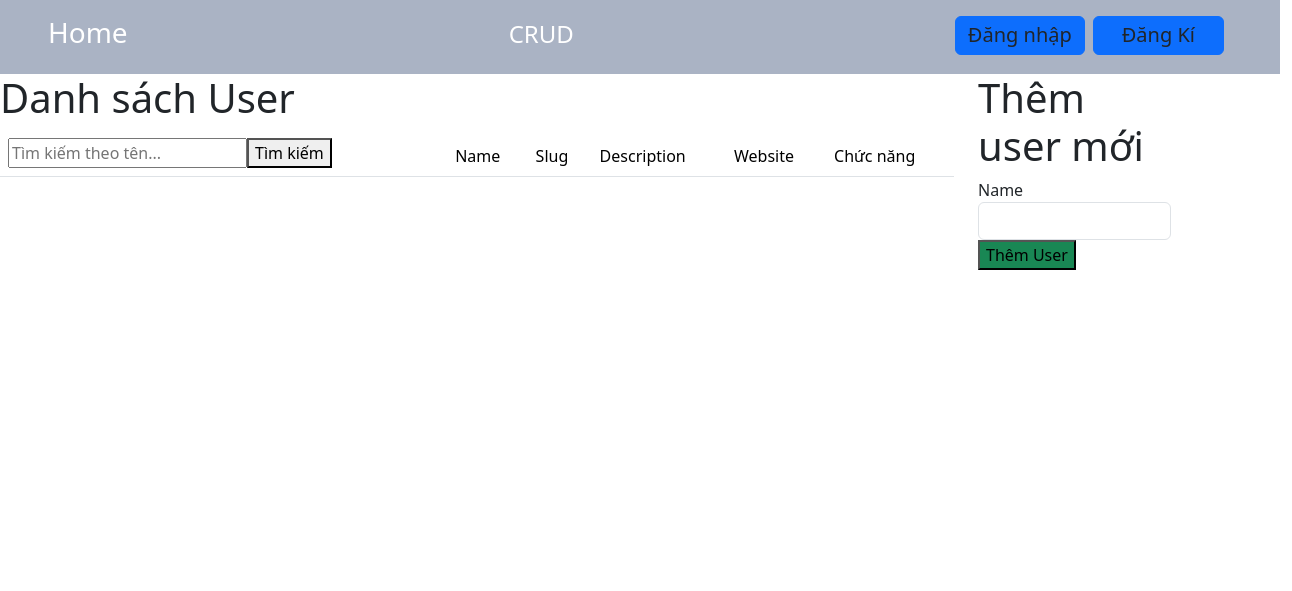
Repository: tung1999zxc/vue-project
Page: /crud2
An editor plug-in stored every save of this project. The page is shown before and after the next save, followed by the edit.
The browser window is 1280 px wide. The page is 1292 px wide, then 1280 px, then 1292 px, so the pictures cover 1292 px, including what lies to the right of the window. The pictures show the whole page.
The project was rebuilt for these pictures with package versions that can differ from the ones it lists, and the page was loaded fresh each time. Also part of the build but not shown: vite.config.ts, src/components/test.vue, src/components/footer1.vue, src/views/HomeView.vue, src/components/login.vue, src/components/Regis.vue, src/components/crud.vue, src/components/upload.vue.

Above is the page before, as saved 2023-08-11 15:35:51.

After the next save:
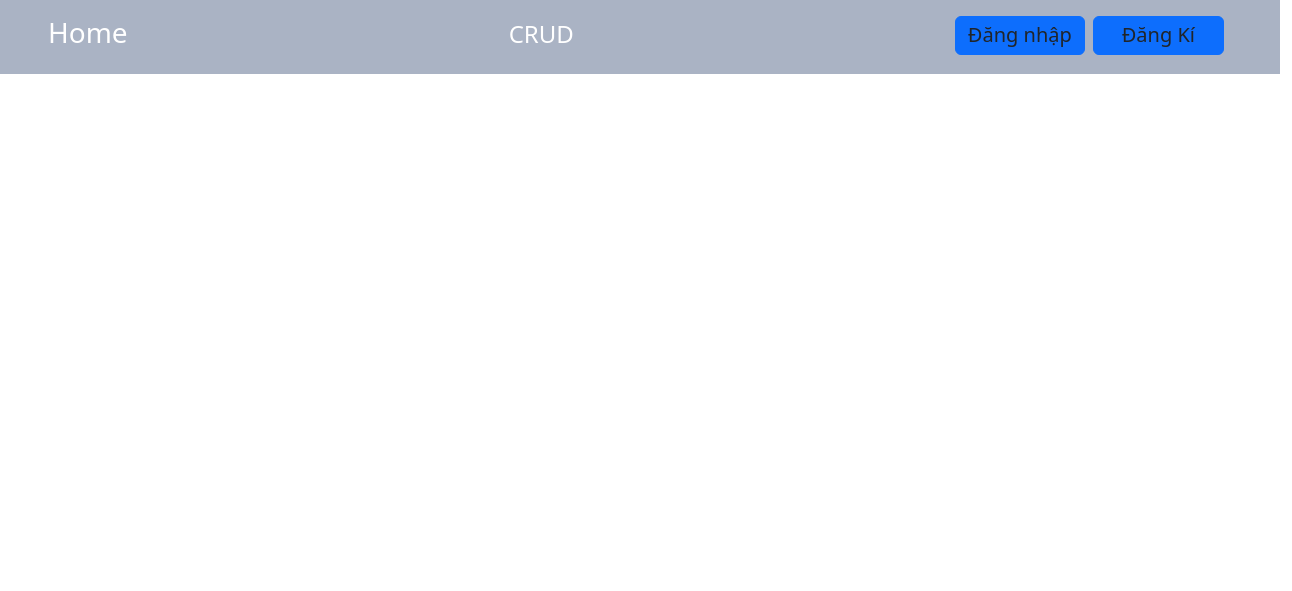
Console error (its wording comes from the project's code and is left out).
Saved 2 min 1 s later.
--- a/src/components/crud2.vue
+++ b/src/components/crud2.vue
@@ -43,8 +43,7 @@
               v-if="editUser.Id"
               required
             />
-            <input
-              class="form-control" type="text" id="Name" v-model="newUser.Name" v-else required />
+            <inputclass="form-control" type="text" id="Name" v-model="newUser.Name" v-else required />
             <!-- ... Các phần còn lại tương tự -->
             <button class="btn-block bg-success" type="submit">
               {{ editUser.Id ? 'Lưu' : 'Thêm User' }}

After the save that followed:
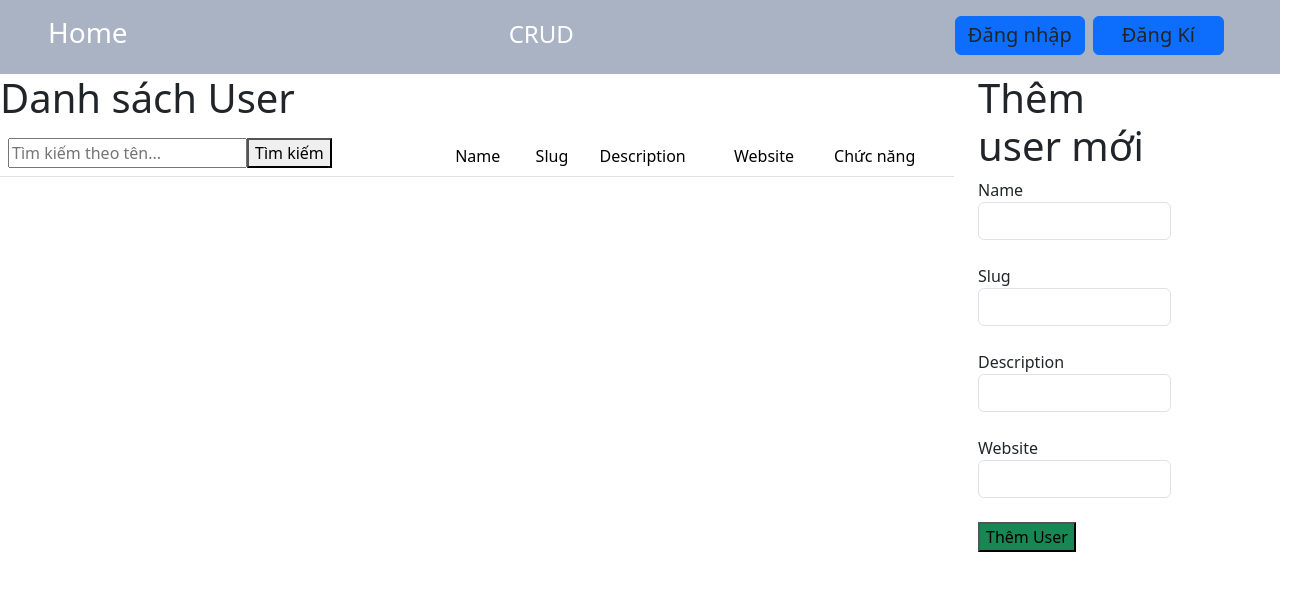
The error is gone.
Saved 16 s later.
--- a/src/components/crud2.vue
+++ b/src/components/crud2.vue
@@ -35,16 +35,23 @@
           <h1 v-else>Thêm user mới</h1>
           <form @submit.prevent="editUser.Id ? updateUser() : addNewUser()">
             <label for="Name">Name</label>
-            <input
-              class="form-control"
-              type="text"
-              id="Name"
-              v-model="editUser.Name"
-              v-if="editUser.Id"
-              required
-            />
-            <inputclass="form-control" type="text" id="Name" v-model="newUser.Name" v-else required />
-            <!-- ... Các phần còn lại tương tự -->
+            <input class="form-control " type="text" id="Name" v-model="editUser.Name" v-if="editUser.Id" required>
+            <input class="form-control " type="text" id="Name" v-model="newUser.Name" v-else required>
+            <br>
+            <label for="Slug">Slug</label>
+            <input class="form-control " type="text" id="Slug" v-model="editUser.Slug" v-if="editUser.Id" required>
+            <input class="form-control " type="text" id="Slug" v-model="newUser.Slug" v-else required>
+
+            <br>
+
+            <label for="Description">Description</label>
+            <input class="form-control " type="text" id="Description" v-model="editUser.Description" v-if="editUser.Id" required>
+            <input class="form-control" type="text" id="Description" v-model="newUser.Description"   v-else required>
+            <br>
+            <label for="Website">Website</label>
+            <input class="form-control" type="text" id="Website" v-model="editUser.Website" v-if="editUser.Id" required>
+            <input class="form-control" type="text" id="Website" v-model="newUser.Website" v-else  required>
+            <br>
             <button class="btn-block bg-success" type="submit">
               {{ editUser.Id ? 'Lưu' : 'Thêm User' }}
             </button>
